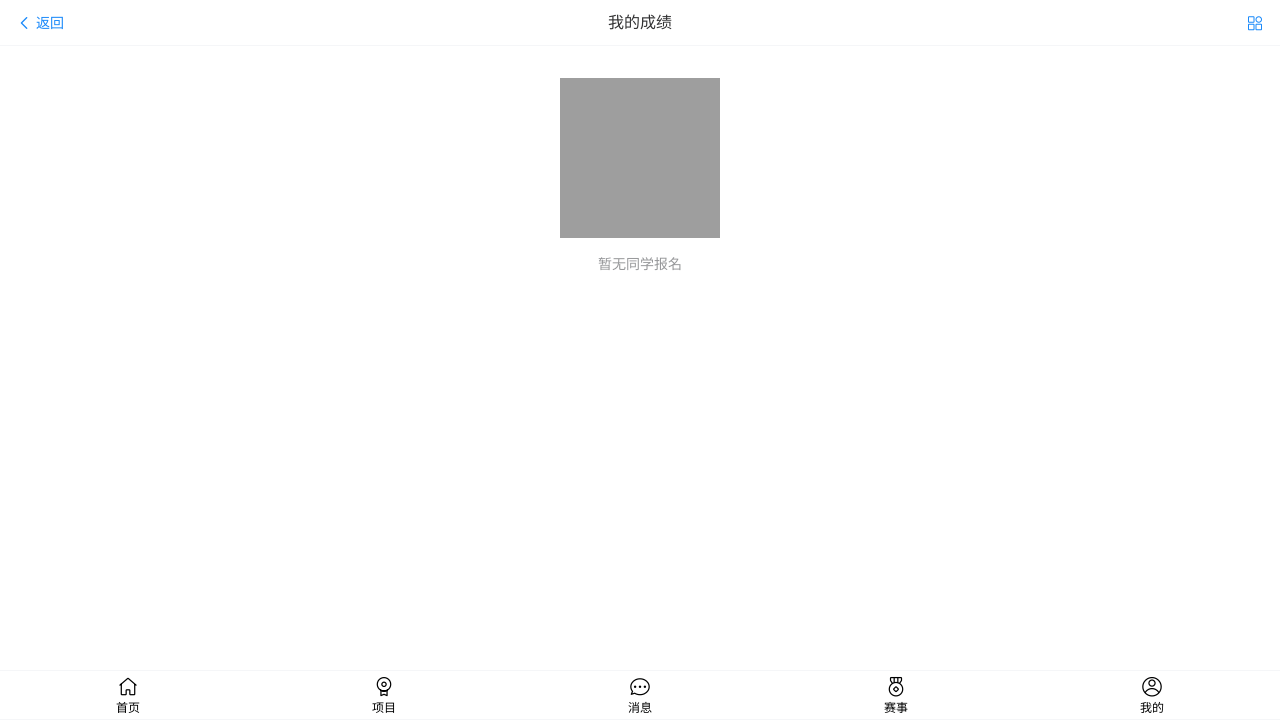
Repository: fisher002/sports
Page: /#/user/listscore
These files come from the project's save history. The page is drawn as it stood at one moment and after the next save; the edit follows.
The browser window is 1280 px wide. The pictures show the whole page.
Pictures or frames that could not be fetched are drawn as grey boxes. The page's requests for data from a server got no answer. The project was rebuilt for these pictures with package versions that can differ from the ones it lists, and the page was loaded fresh each time. No one was signed in, and anything a server would have sent is missing. Also part of the build but not shown: src/views/index.vue, src/utils/comUtils.js, src/views/mobile-index/index.vue, src/views/mobile-index/detailcompate.vue, src/views/mobile-index/userRegister.vue, src/views/mobile-index/login.vue, src/views/mobile-index/adminRegister.vue, src/views/mobile-index/adminLogin.vue and 11 more.

Above is the page before, as saved 2020-04-25 17:15:04.

After the next save:
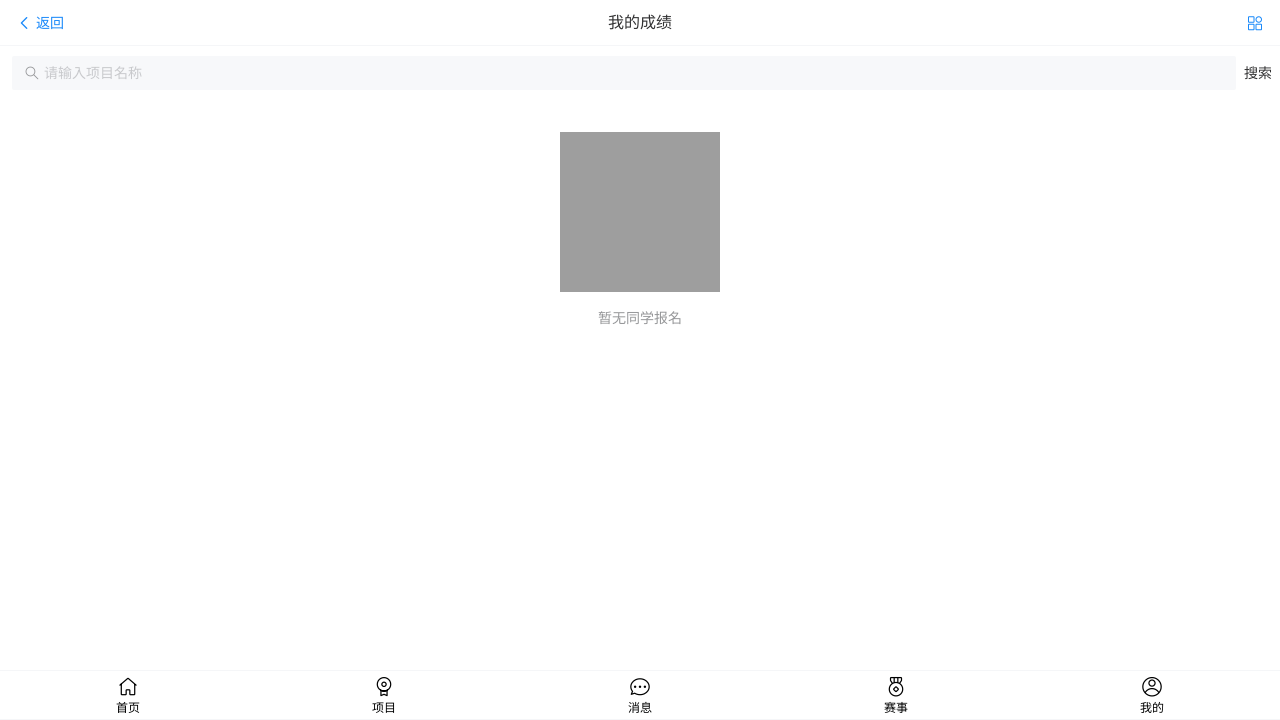
Saved 112 s later.
--- a/src/views/mobile-mine/listscore.vue
+++ b/src/views/mobile-mine/listscore.vue
@@ -1,7 +1,7 @@
 <template>
   <div>
     <van-pull-refresh v-model="isLoading" success-text="刷新成功" @refresh="onRefresh">
-      <div v-if="data.list && data.list.length > 0">
+      <div>
         <div class="drop-menu">
           <van-search
             show-action
@@ -14,7 +14,7 @@
             </template>
           </van-search>
         </div>
-        <div class="class-box">
+        <div class="class-box" v-if="data.list && data.list.length > 0">
           <div class="list-item" v-for="item in data.list" :key="item.id">
             <div class="item-title">{{item.schoolCompateName}}</div>
             <div class="item-content">
@@ -38,8 +38,8 @@
             >点击加载更多</van-button>
           </div>
         </div>
+        <van-empty v-else description="暂无同学报名" />
       </div>
-      <van-empty v-else description="暂无同学报名" />
     </van-pull-refresh>
   </div>
 </template>

After the save that followed:
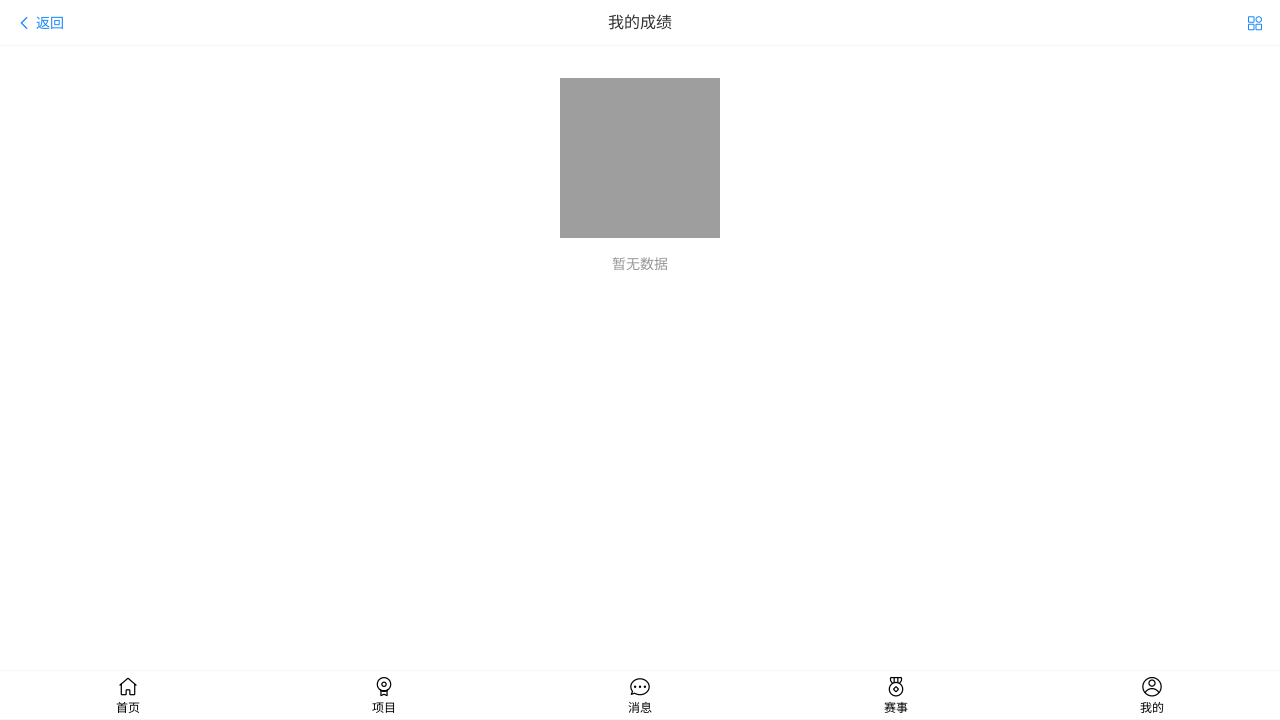
Saved 67 s later.
--- a/src/views/mobile-mine/listscore.vue
+++ b/src/views/mobile-mine/listscore.vue
@@ -1,7 +1,7 @@
 <template>
   <div>
     <van-pull-refresh v-model="isLoading" success-text="刷新成功" @refresh="onRefresh">
-      <div>
+      <div v-if="data">
         <div class="drop-menu">
           <van-search
             show-action
@@ -38,8 +38,9 @@
             >点击加载更多</van-button>
           </div>
         </div>
-        <van-empty v-else description="暂无同学报名" />
+        <van-empty v-else description="暂无数据" />
       </div>
+      <van-empty v-else description="暂无数据" />
     </van-pull-refresh>
   </div>
 </template>
